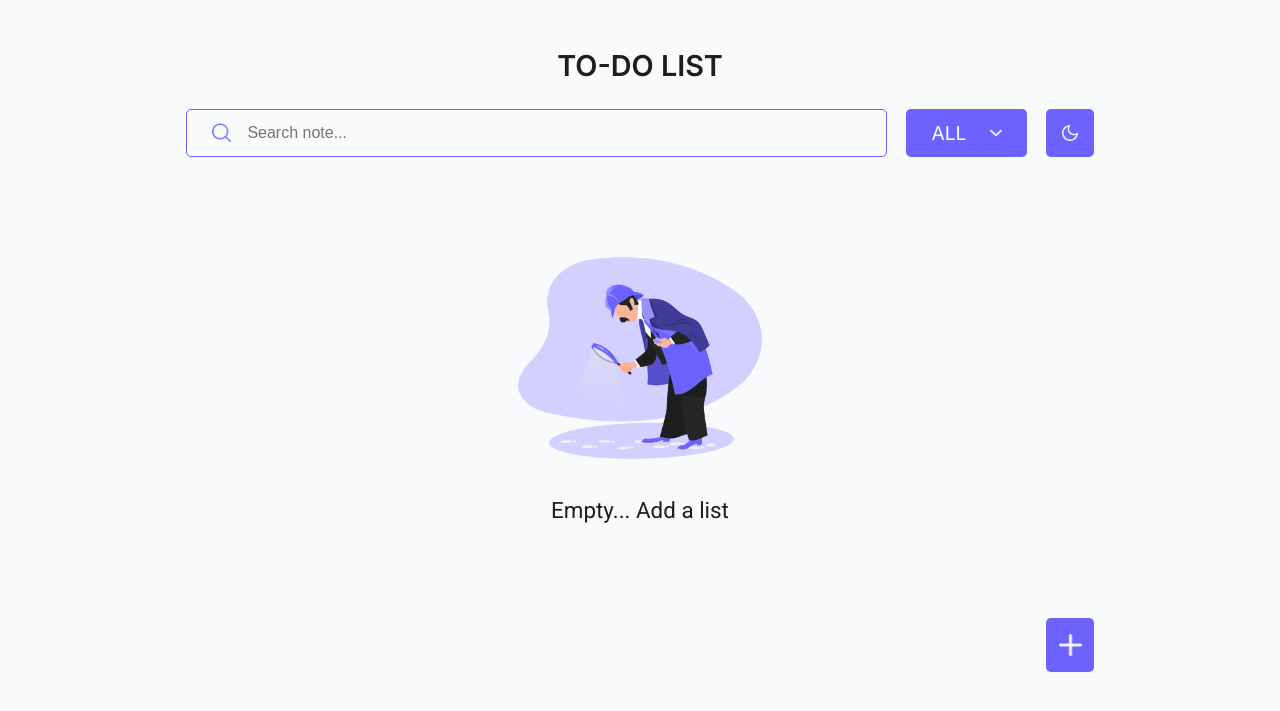
Repository: Marykeje/To-do-list
Page: index.html
An editor plug-in stored every save of this project. The page is shown before and after a run of saves, followed by the edit.
The browser window is 1280 px wide. The pictures show the whole page.
The style sheet was rebuilt from its Sass, Less or Tailwind sources for each picture, by a compiler version that may differ from the author's.

Above is the page before, as saved 2025-12-03 10:17:27.

### index.html
<!DOCTYPE html>
<html lang="en">
  <head>
    <meta charset="UTF-8" />
    <meta name="viewport" content="width=device-width, initial-scale=1.0" />
    <title>To-do-list</title>

    <link rel="stylesheet" href="./css/style.css" />
  </head>
  <body>
    <div class="to-do container">
      <div class="header">
        <h1 class="header__title">To-do List</h1>
        <div class="header__heading-info">
          <div class="header__search">
            <img src="./img/search-icon.png" alt="search-icon" />
            <input type="text" placeholder="Search note..." />
          </div>
          <div class="header__btns">
            <div class="header__all-select">
              <div class="header__select-part">
                <p>ALL</p>
                <img src="./img/chevron-top.png" alt="" />
              </div>
              <!-- <div class="header__all-dropdown">
                <p>All</p>
                <p>Complete</p>
                <p>Incomplete</p>
              </div> -->
            </div>
            <div class="header__mode">
              <img src="./img/mode-icon.png" alt="" />
            </div>
          </div>
        </div>
      </div>
      <div class="empty">
        <img src="./img/empty-icon.png" alt="" />
        <p>Empty... Add a list</p>
      </div>
      <div class="add-list">
        <div class="add-list__list-item">
          <div class="add-list__lists">
            <div class="add-list__list-check">
              <div>
                <input type="checkbox" />
              </div>
              <p>NOTE 1</p>
            </div>
            <div class="add-list__edit-icons">
              <img src="./img/edit-icon.svg" alt="" />
              <img src="./img/delete-icon.svg" alt="" />
            </div>
          </div>
          <div class="add-list__lists">
            <div class="add-list__list-check">
              <div>
                <input type="checkbox" />
              </div>
              <p>NOTE 2</p>
            </div>
            <div class="add-list__edit-icons">
              <img src="./img/edit-icon.svg" alt="" />
              <img src="./img/delete-icon.svg" alt="" />
            </div>
          </div>
          <div class="add-list__lists">
            <div class="add-list__list-check">
              <label class="check">
                <input type="checkbox" id="my-check" />
                <span class="check__checkmark"></span>
              </label>
              <p>NOTE 3</p>
            </div>
            <div class="add-list__edit-icons">
              <img src="./img/edit-icon.svg" alt="" />
              <img src="./img/delete-icon.svg" alt="" />
            </div>
          </div>
        </div>
      </div>
      <div class="add-icon" id="add-btn" onclick="openModal()">
        <img src="./img/plus-icon.png" alt="" />
      </div>
    </div>

    <!-- for add list pop up -->
    <div class="modal" id="modal">
      <div class="modal__heading">
        <h4>New note</h4>
        <div class="header__search">
          <input type="text" placeholder="Input your note" />
        </div>
      </div>
      <div class="btns">
        <button class="btns__cancel" id="cancel-modal" onclick="closeModal()">
          Cancel
        </button>
        <button class="btns__apply" id="apply">Apply</button>
      </div>
    </div>
    <div class="overlay hidden" id="closeOverlay"></div>

    <script src="./js/script.js"></script>
  </body>
</html>

### js/script.js
function cancel() {}

// getting the elements
// let cancel = (document.getElementById("cancel").style.display = "none");

// let open = document.getElementById("add");
// let modal = document.getElementByIdby("openModal");
// let cancelModal = document.getElementById("cancelModal");

// when button is opened
// modal.addEventListener("click", () => {
// open.style.display = ""
// modal.style.display = "block"; // show modal
// });

// const openModal = function () {
// console.log("Button clicked");
// modal.classList.add("open"); //gives the list of css class in the element
// };

function openModal() {
  const clickOpen = document.getElementById("add-btn");
  const modal = document.getElementById("modal");
  const overlay = document.getElementById("closeOverlay");

  // const closeModal = document.getElementById("cancelModal");

  clickOpen.style.display = "block";
  modal.style.display = "block";
  overlay.style.display = "block";
  // closeModal.style.display.hidden = "";

  // console.log(modal.style.display)
}

// openModal()
// for the close modal
function closeModal() {
  const closeModal = document.getElementById("cancel-modal");
  const modal = document.getElementById("modal");
  const overlay = document.getElementById("closeOverlay");

  closeModal.style.display = "block";
  modal.style.display = "none";
  overlay.style.display = "none";
}

### sass/main.scss
@import "./pages/style.scss";

### sass/pages/style.scss
/* Inter Font Import */
@import url("https://fonts.googleapis.com/css2?family=Inter:ital,opsz,wght@0,14..32,100..900;1,14..32,100..900&display=swap");

//  for roboto font
@import url("https://fonts.googleapis.com/css2?family=Montserrat:ital,wght@0,100..900;1,100..900&family=Roboto:ital,wght@0,100..900;1,100..900&display=swap");

* {
  margin: 0;
  padding: 0;
  box-sizing: border-box;
}

.html {
  font-size: 50%;
}

body {
  font-size: 1.6rem;
  // font-weight: 500;
  font-family: "Inter", sans-serif;
  background-color: #f9fafb;
  color: #1e1e1e;
}

.container {
  max-width: 60rem;
  margin: auto;
  padding: 3rem 1.6rem;
  height: 100vh;
}

.to-do {
  display: flex;
  flex-direction: column;
  gap: 2.4rem;
}

.header {
  display: flex;
  flex-direction: column;
  gap: 1.6rem;

  @media (max-width: 650px) {
    gap: 1.2rem;
  }

  &__title {
    font-size: 1.8rem;
    font-weight: 600;
    text-align: center;
    text-transform: uppercase;

    @media (max-width: 550px) {
      font-size: 1.4rem;
    }
  }

  &__heading-info {
    display: flex;
    align-items: center;
    gap: 1.2rem;

    @media (max-width: 550px) {
      // gap: 1rem;
      flex-wrap: wrap;
    }
  }

  &__search {
    padding: 0.8rem 1.6rem;
    border: 1px solid #6c63ff;
    border-radius: 5px;

    display: flex;
    align-items: center;
    gap: 1rem;

    width: 100%;
    height: 3rem;

    @media (max-width: 450px) {
      padding: 5px 0.8rem;
      height: 3rem;
    }

    @media (max-width: 350px) {
      height: 2rem;
    }

    & img {
      display: block;
      width: 1.2rem;
    }
  }

  &__btns {
    display: flex;
    align-items: center;
    gap: 1.2rem;

    @media (max-width: 550px) {
      gap: 0.8rem;
    }
  }

  &__all-select {
    position: relative;
  }

  &__select-part {
    display: flex;
    align-items: center;
    justify-content: space-between;
    gap: 1.4rem;

    padding: 1rem 1.6rem;
    height: 3rem;

    font-size: 1.2rem;
    background-color: #6c63ff;
    color: #ffffff;
    border-radius: 5px;

    @media (max-width: 550px) {
      height: 2.5rem;
    }

    & img {
      display: block;
      width: 0.8rem;
    }
  }

  &__mode {
    background-color: #6c63ff;
    color: #ffffff;
    border-radius: 5px;
    cursor: pointer;

    padding: 1rem;
    height: 3rem;
    width: 3rem;

    display: flex;
    justify-content: center;

    @media (max-width: 550px) {
      height: 2.5rem;
      padding: 0.8rem;
    }

    & img {
      display: block;
      width: 1.4rem;

      @media (max-width: 550px) {
        width: 1.2rem;
      }
    }
  }
}

.empty {
  display: flex;
  flex-direction: column;
  align-items: center;
  justify-content: center;
  font-family: "roboto";
  gap: 2rem;

  height: 60vh;

  @media (max-width: 550px) {
    height: 55vh;
  }

  & img {
    display: block;
    width: 17rem;

    @media (max-width: 550px) {
      width: 12rem;
    }
  }

  & p {
    font-size: 1.4rem;

    @media (max-width: 550px) {
      font-size: 1rem;
    }
  }
}

.add-list {
  display: flex;
  flex-direction: column;
  gap: 2.4rem;

  font-family: "inter";

  padding: 0rem 7rem;
  height: 60vh;

  display: none;

  &__lists {
    padding: 1rem;
    border-bottom: 1px solid #6c63ff;

    display: flex;
    justify-content: space-between;
  }

  &__list-check {
    display: flex;
    align-items: center;
    gap: 1.2rem;

    & p {
      font-weight: 600;
    }
  }

  &__edit-icon {
    display: flex;
    align-items: center;
    gap: 1.2rem;

    & img {
      display: block;
      width: 1.8rem;
      color: #cdcdcd;
    }
  }
}

.add-icon {
  background-color: #6c63ff;
  color: #ffffff;
  border-radius: 5px;
  cursor: pointer;

  padding: 1rem;
  margin-left: auto;
  width: 3rem;

  display: flex;
  justify-content: center;

  @media (max-width: 550px) {
    height: 2.5rem;
    padding: 0.8rem;
  }

  & img {
    display: block;
    width: 1.4rem;

    @media (max-width: 550px) {
      width: 1.2rem;
    }
  }
}

input {
  width: 100%;
  border: none;
  font-size: 1rem;

  background: transparent;

  &:focus {
    outline: none;
  }

  &::placeholder {
    @media (max-width: 350px) {
      font-size: 0.8rem;
    }
  }
}

.check {
  display: block;
  position: relative;
  padding-left: 2rem;
  cursor: pointer;
  font-size: 1.6rem;
  user-select: none; /* prevent text selection*/

  // input[type="checkbox"] {
  // position: absolute;
  // opacity: 0; /* hides the actual result*/
  // height: 0;
  // width: 0;
  // -webkit-appearance: none;
  // }

  &__checkmark {
    position: absolute;
    top: 0;
    left: 0;
    height: 2rem;
    width: 2rem;
    // background-color: #fff;
    border: 1px solid #6c63ff;
    border-radius: 5px;

    & ::after {
      content: "";
      position: absolute;
      display: none;
      left: 0.9prem;
      top: 5px;
      height: 1rem;
      border: #ffffff;
      // border-width: 0 3px 3px 0;
      // transform: rotate(45deg);
    }

    input[type="checkbox"]:checked {
      background-color: #6c63ff;
      border: none;

      display: none;
    }
  }
}

// modal style
.overlay {
  position: fixed;
  top: 0;
  left: 0;
  width: 100vw;
  height: 100vh;
  background-color: rgba($color: #1a1a1a, $alpha: 0.8);
  cursor: pointer;
  z-index: 9999;

  &.hidden {
    display: none;
  }
}

.modal {
  position: fixed;
  left: 50%;
  top: 35%;
  z-index: 99999;

  width: 40rem;
  max-width: 90dvw;
  // height: 100dvh;
  // transform: translateX(100%);
  transform: translate(-50%, -50%);

  background-color: #ffffff;
  border-radius: 1.6rem;

  // transition: all 0.3s ease-out;

  padding: 2.4rem;

  display: flex;
  flex-direction: column;
  gap: 2rem;

  display: none;

  @media (max-width: 540px) {
    width: 30rem;
    padding: 1.8rem;
  }

  @media (max-width: 450px) {
    padding: 1rem 1.4rem;
  }

  @media (max-width: 350px) {
    top: initial;
    bottom: 0;
    right: 0;

    width: 100%;
    transform: translate(-50%, 0);
    border-bottom-left-radius: 0;
    border-bottom-right-radius: 0;

    padding: 1rem;
    // max-width: 100dvw;
  }

  .open {
    transform: translate(-50%, -50%) scale(1);
    pointer-events: all;
    overflow-y: auto;

    @media (max-width: 450px) {
      // transform: translate(0, 0);
    }
  }

  &__heading {
    height: 12rem;

    display: flex;
    flex-direction: column;
    align-items: center;
    gap: 1.4rem;

    @media (max-width: 540px) {
      gap: 1rem;
    }

    @media (max-width: 350px) {
      gap: 0.8rem;
    }

    & h4 {
      text-transform: uppercase;
      font-size: 1.4rem;

      @media (max-width: 350px) {
        font-size: 1.2rem;
      }
    }
  }
}

.btns {
  display: flex;
  justify-content: space-between;

  &__cancel {
    text-transform: uppercase;
    color: #6c63ff;
    font-weight: 700;
    background: none;
    border: 1.5px solid #6c63ff;
    border-radius: 5px;

    padding: 0.8rem 1.2rem;

    cursor: pointer;

    @media (max-width: 450px) {
      padding: 0.8rem 1rem;
      font-weight: 600;
    }

    @media (max-width: 350px) {
      padding: 5px 7px;
      font-weight: 500;
    }
  }

  &__apply {
    text-transform: uppercase;
    color: #ffffff;
    font-weight: 700;
    background: #6c63ff;
    border: none;
    border-radius: 5px;

    padding: 0.8rem 1.2rem;

    cursor: pointer;

    @media (max-width: 450px) {
      padding: 0.8rem 1rem;
      font-weight: 600;
    }

    @media (max-width: 350px) {
      padding: 5px 7px;
      font-weight: 500;
    }
  }
}

After the next 2 saves:
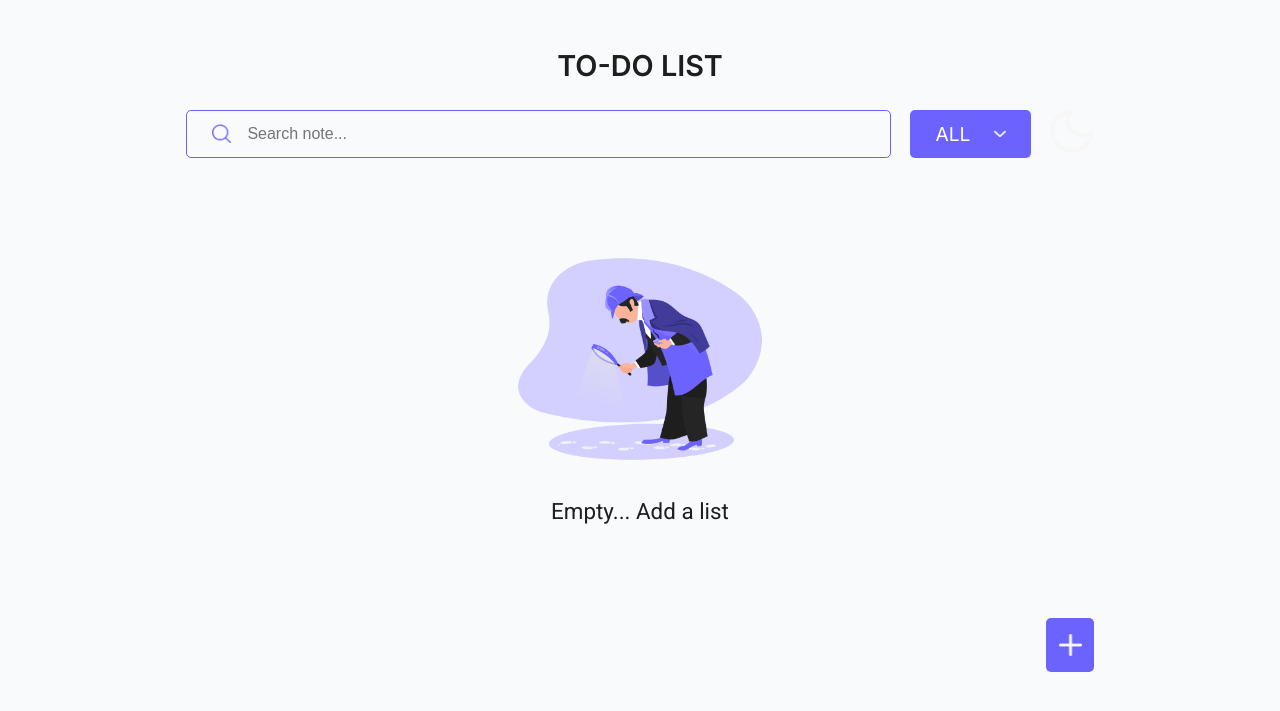
The 2 saves are shown as one change because they came seconds apart.
The last was saved 13 s later.
--- a/sass/pages/style.scss
+++ b/sass/pages/style.scss
@@ -130,6 +130,8 @@
       width: 0.8rem;
     }
   }
+
+  &__all
 
   &__mode {
     background-color: #6c63ff;

After the save that followed:
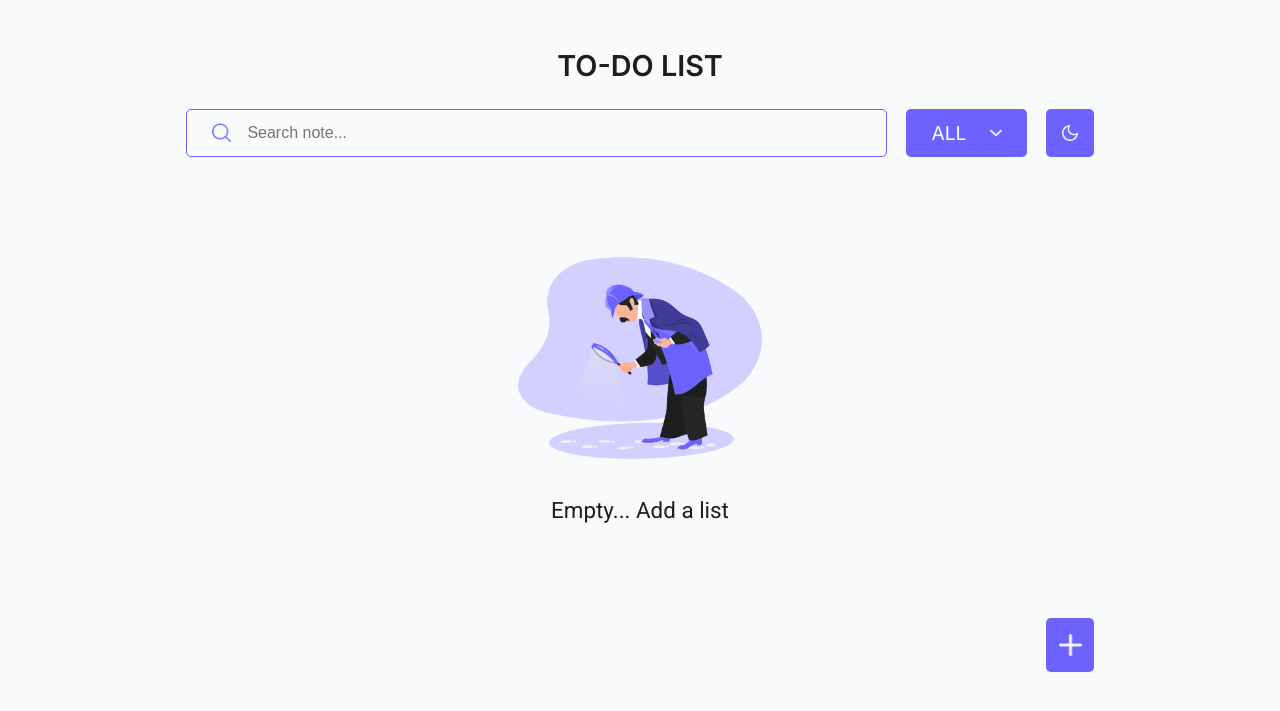
Saved 7 s later.
--- a/sass/pages/style.scss
+++ b/sass/pages/style.scss
@@ -131,7 +131,9 @@
     }
   }
 
-  &__all
+  &__all-dropdown {
+
+  }
 
   &__mode {
     background-color: #6c63ff;
